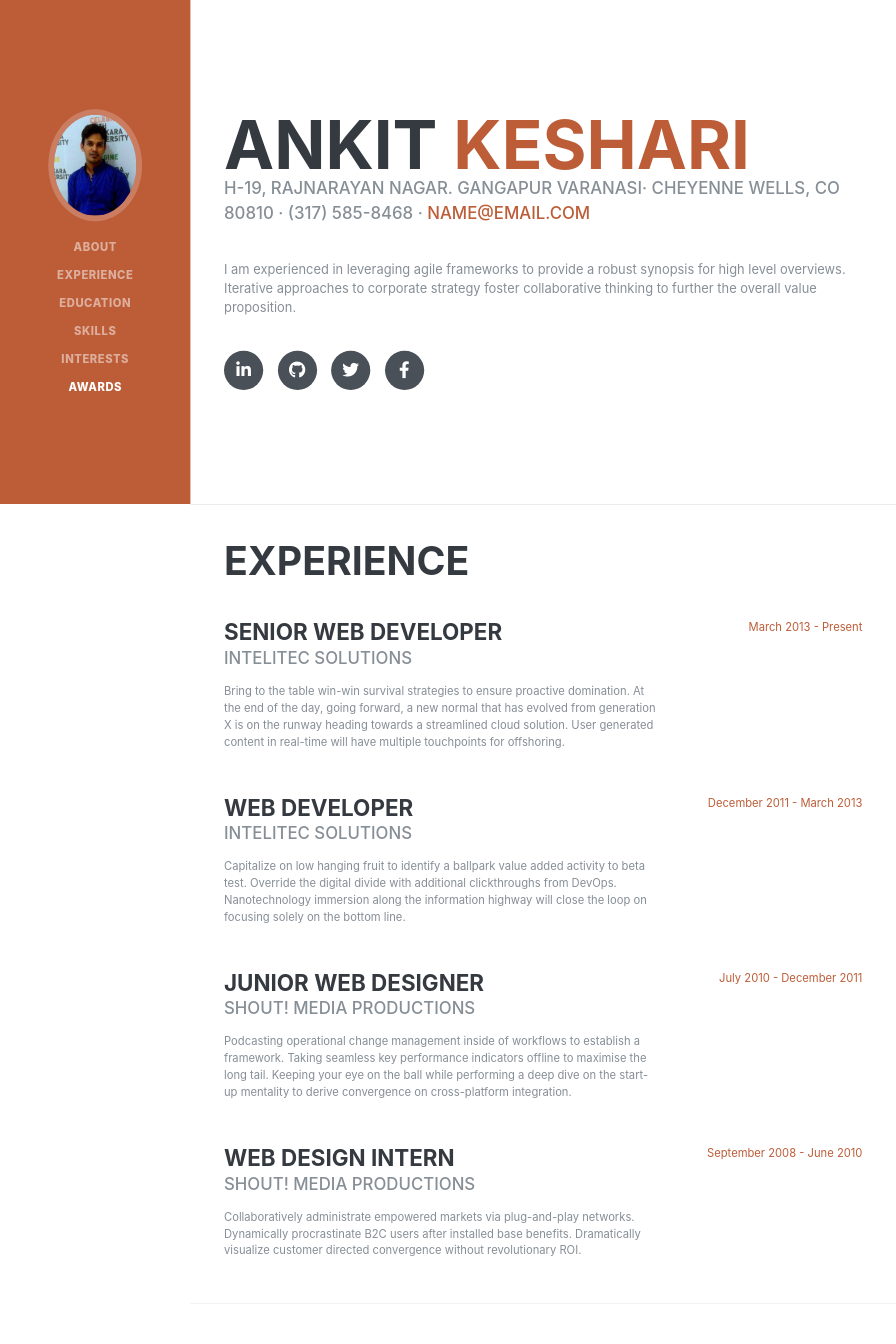
Repository: ankitkeshari719/ankitkeshari719.github.io
Page: index.html
The author's editor kept a copy of each file at every save. The page is drawn from the files as they stood at one save, then again after the next save.
The browser window is 1280 px wide. The pictures show the part of the page from y = 0 to 1920 px (the page is 4746 px tall), at 70% of full size.
Some web fonts or font styles are not loaded; a fallback is used.

Above is the page before, as saved 2020-03-13 15:52:49.

After the next save:
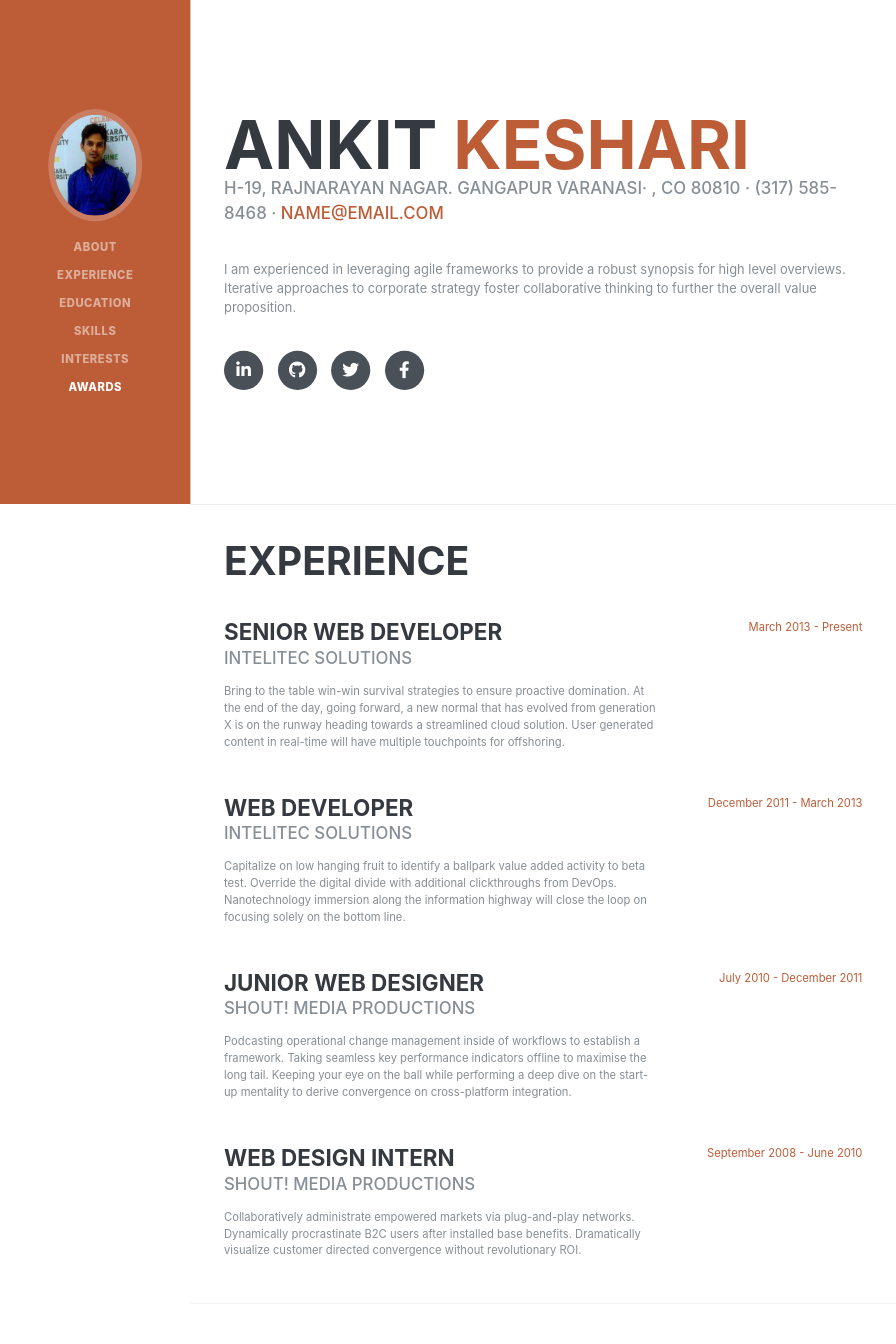
Saved 5 s later.
--- a/index.html
+++ b/index.html
@@ -65,7 +65,7 @@
         <h1 class="mb-0">Ankit
           <span class="text-primary">Keshari</span>
         </h1>
-        <div class="subheading mb-5">H-19, Rajnarayan Nagar. Gangapur Varanasi· Cheyenne Wells, CO 80810 · (317) 585-8468 ·
+        <div class="subheading mb-5">H-19, Rajnarayan Nagar. Gangapur Varanasi· , CO 80810 · (317) 585-8468 ·
           <a href="mailto:name@email.com">name@email.com</a>
         </div>
         <p class="lead mb-5">I am experienced in leveraging agile frameworks to provide a robust synopsis for high level overviews. Iterative approaches to corporate strategy foster collaborative thinking to further the overall value proposition.</p>
